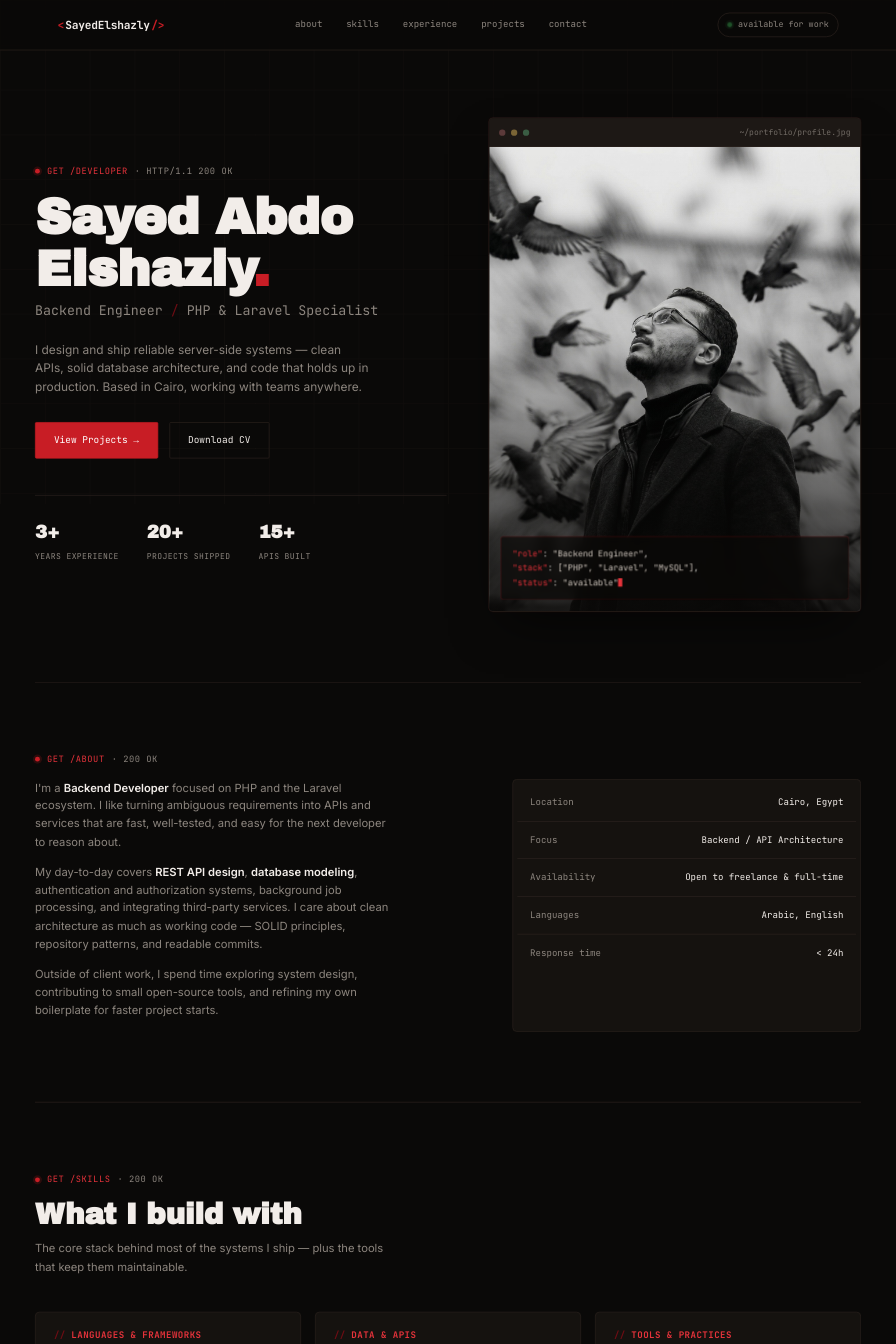
Repository: sayedelshazly/Portfolio.SE
Page: index.html
The author's editor kept a copy of each file at every save. The page is drawn from the files as they stood at one save, then again after the next save.
The browser window is 1280 px wide. The pictures show the part of the page from y = 0 to 1920 px (the page is 4972 px tall before and 4963 px after), at 70% of full size.

Above is the page before, as saved 2026-10-03 13:54:47.
Console error: SyntaxError: Unexpected token '<'

After the next save:
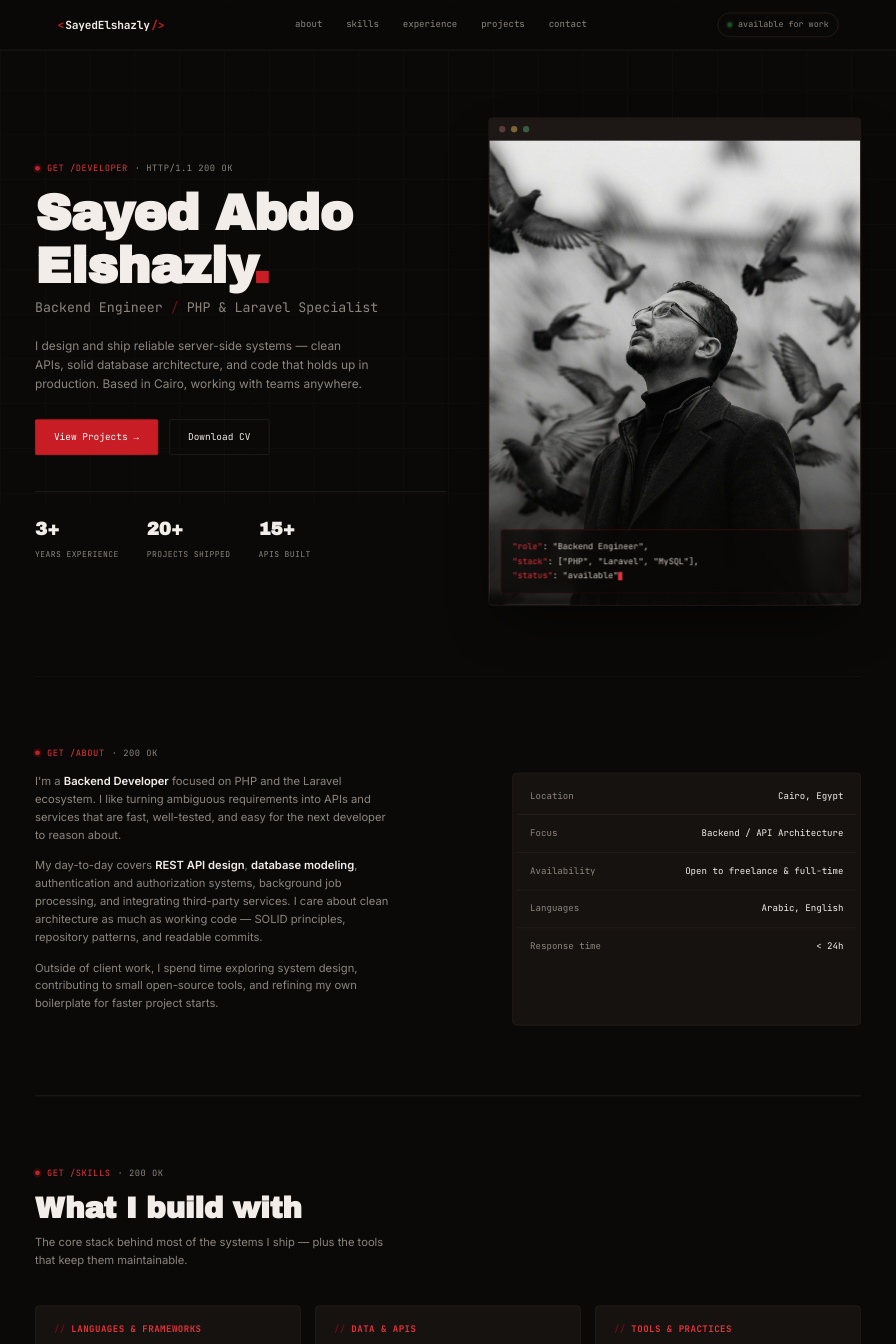
Saved 44 s later.
--- a/index.html
+++ b/index.html
@@ -54,7 +54,7 @@
       <div class="term-card">
         <div class="term-bar">
           <span class="tdot"></span><span class="tdot"></span><span class="tdot"></span>
-          <span class="tpath">~/portfolio/profile.jpg</span>
+          <!-- <span class="tpath">~/portfolio/profile.jpg</span> -->
         </div>
         <div class="term-photo">
           <img src="./portrait2.jpeg" alt="Portrait of YOUR NAME, backend engineer">
